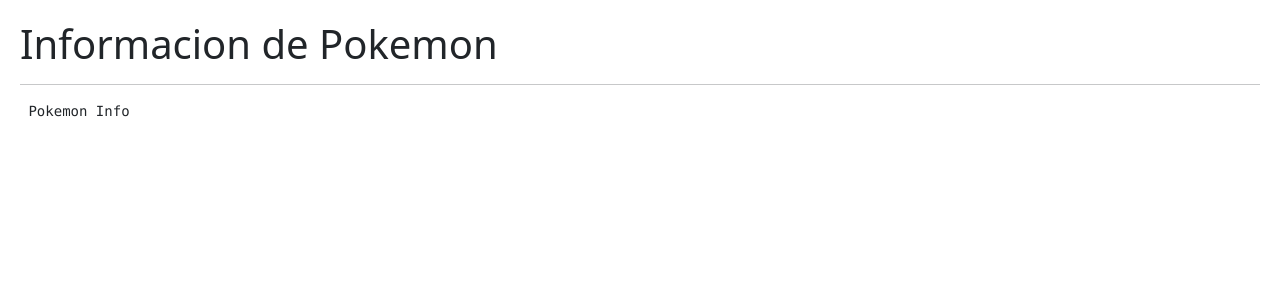
Repository: bryanesteban/hooks-App
Page: /
The author's editor kept a copy of each file at every save. The page is drawn from the files as they stood at one save, then again after the next save.
The browser window is 1280 px wide. The pictures show the whole page.
The page's requests for data from a server got no answer. The project was rebuilt for these pictures with package versions that can differ from the ones it lists, and the page was loaded fresh each time. No one was signed in, and anything a server would have sent is missing. Also part of the build but not shown: vite.config.js, src/HooksApp.jsx, src/01-useState/CounterApp.jsx, src/hooks/useCounter.jsx, src/01-useState/CounterWithCustomHook.jsx, src/02-useEffect/Message.jsx, src/02-useEffect/SimpleForm.jsx, src/hooks/useForm.js and 1 more.

Above is the page before, as saved 2024-06-29 01:21:47.

After the next save:
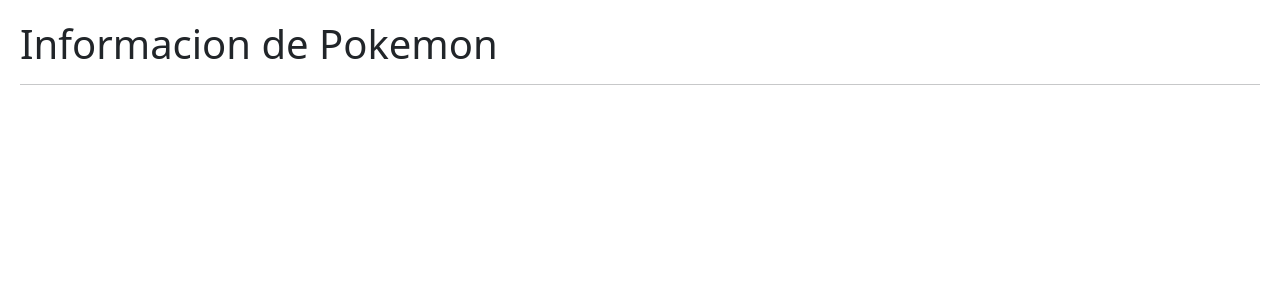
Saved 86 s later.
--- a/src/03-examples/MultipleCustomHook.jsx
+++ b/src/03-examples/MultipleCustomHook.jsx
@@ -4,7 +4,7 @@
 
 export const MultipleCustomHook = () => {
 
-    useFetch();
+   const { data, hasError, isLoading} = useFetch();
 
 
 
@@ -13,7 +13,7 @@
     <>
     <h1>Informacion de Pokemon</h1>
     <hr></hr>
-        <pre> Pokemon Info </pre>
+        <pre> {data} </pre>
     </>
 
   )
